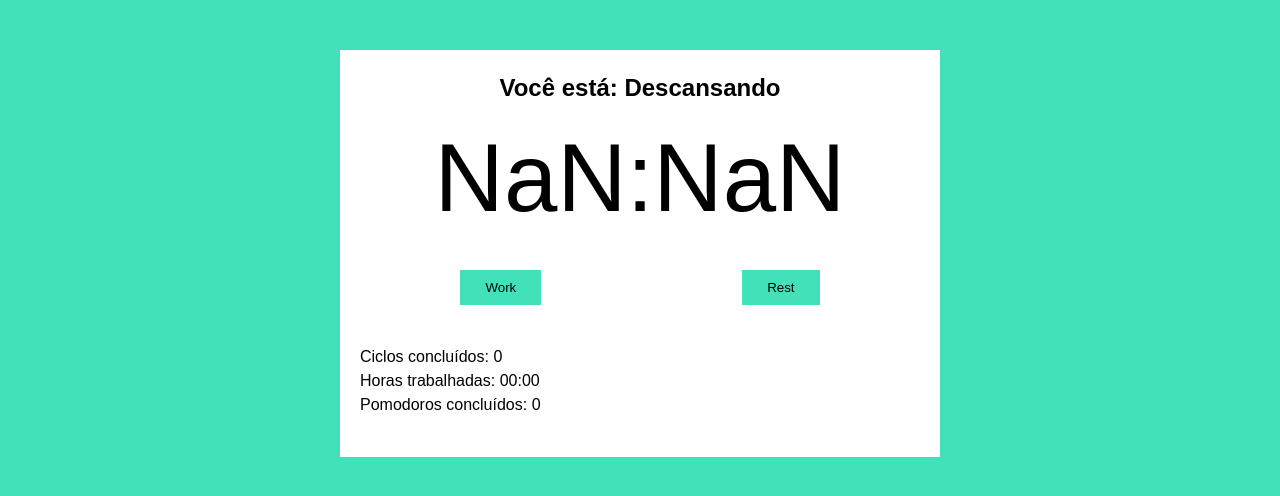
Repository: JuanPabloDS/Pomodoro
Page: / (app in pomodoro/)
The author's editor kept a copy of each file at every save. The page is drawn from the files as they stood at one save, then again after the next save.
The browser window is 1280 px wide. The pictures show the whole page.
The project was rebuilt for these pictures with package versions that can differ from the ones it lists, and the page was loaded fresh each time. Also part of the build but not shown: pomodoro/src/App.css. Imported but missing from the stored project, and not drawn on this page: pomodoro/src/sounds/bell-finish.mp3, pomodoro/src/sounds/bell-start.mp3.

Above is the page before, as saved 2024-01-25 16:31:32.

### pomodoro/src/App.tsx
import React from 'react';
import './App.css';
import { PomodoroTimer } from './components/pomodoro-timer';

function App() {
  return (
    <div className="container">
      <PomodoroTimer
        PomodoroTime={2}
        shortRestTime={2}
        longRestTime={3}
        cycles={4}
      />
    </div>
  );
}

export default App;

### pomodoro/src/components/pomodoro-timer.tsx
import React, { useEffect, useState, useCallback } from 'react';
import { useInterval } from '../hooks/use-interval';
import { Button } from './button';
import { Timer } from './timer';
import { secondsToTime } from '../utils/seconds-to-time';

// eslint-disable-next-line @typescript-eslint/no-var-requires
const bellStart = require('../sounds/bell-start.mp3');
// eslint-disable-next-line @typescript-eslint/no-var-requires
const bellFinish = require('../sounds/bell-finish.mp3');

const audioStartWorking = new Audio(bellStart);
const audioStopWorking = new Audio(bellFinish);

interface Props {
  pomodoroTime: number;
  shortRestTime: number;
  longRestTime: number;
  cycles: number;
}

export function PomodoroTimer(props: Props): JSX.Element {
  const [mainTime, setMainTime] = useState(props.pomodoroTime);
  const [timeCounting, setTimeCounting] = useState(false);
  const [working, setWorking] = useState(false);
  const [resting, setResting] = useState(false);
  const [cyclesQtdManager, setCyclesQtdManager] = useState(
    new Array(props.cycles - 1).fill(true),
  );

  const [completedCycles, setCompletedCycles] = useState(0);
  const [fullWorkingTime, setFullWorkingTime] = useState(0);
  const [numberOfPomodoros, setNumberOfPomodoros] = useState(0);

  useInterval(
    () => {
      setMainTime(mainTime - 1);
      if (working) setFullWorkingTime(fullWorkingTime + 1);
    },
    timeCounting ? 1000 : null,
  );

  const configureWork = useCallback(() => {
    setTimeCounting(true);
    setWorking(true);
    setResting(false);
    setMainTime(props.pomodoroTime);
    audioStartWorking.play();
  }, [
    setTimeCounting,
    setWorking,
    setResting,
    setMainTime,
    props.pomodoroTime,
  ]);

  const configureRest = useCallback(
    (long: boolean) => {
      setTimeCounting(true);
      setWorking(false);
      setResting(true);

      if (long) {
        setMainTime(props.longRestTime);
      } else {
        setMainTime(props.shortRestTime);
      }

      audioStopWorking.play();
    },
    [
      setTimeCounting,
      setWorking,
      setResting,
      setMainTime,
      props.longRestTime,
      props.shortRestTime,
    ],
  );

  useEffect(() => {
    if (working) document.body.classList.add('working');
    if (resting) document.body.classList.remove('working');

    if (mainTime > 0) return;

    if (working && cyclesQtdManager.length > 0) {
      configureRest(false);
      cyclesQtdManager.pop();
    } else if (working && cyclesQtdManager.length <= 0) {
      configureRest(true);
      setCyclesQtdManager(new Array(props.cycles - 1).fill(true));
      setCompletedCycles(completedCycles + 1);
    }

    if (working) setNumberOfPomodoros(numberOfPomodoros + 1);
    if (resting) configureWork();
  }, [
    working,
    resting,
    mainTime,
    cyclesQtdManager,
    numberOfPomodoros,
    completedCycles,
    configureRest,
    setCyclesQtdManager,
    configureWork,
    props.cycles,
  ]);

  return (
    <div className="pomodoro">
      <h2>Você está: {working ? 'Trabalhando' : 'Descansando'}</h2>
      <Timer mainTime={mainTime} />

      <div className="controls">
        <Button text="Work" onClick={() => configureWork()}></Button>
        <Button text="Rest" onClick={() => configureRest(false)}></Button>
        <Button
          className={!working && !resting ? 'hidden' : ''}
          text={timeCounting ? 'Pause' : 'Play'}
          onClick={() => setTimeCounting(!timeCounting)}
        ></Button>
      </div>

      <div className="details">
        <p>Ciclos concluídos: {completedCycles}</p>
        <p>Horas trabalhadas: {secondsToTime(fullWorkingTime)}</p>
        <p>Pomodoros concluídos: {numberOfPomodoros}</p>
      </div>
    </div>
  );
}

### pomodoro/src/hooks/use-interval.tsx
import { useEffect, useRef } from 'react';

export function useInterval<C extends CallableFunction>(
  callback: C,
  delay: number | null,
): void {
  const savedCallback = useRef<C>();

  // Remember the latest callback.
  useEffect(() => {
    savedCallback.current = callback;
  }, [callback]);

  // Set up the interval.
  useEffect(() => {
    function tick() {
      if (savedCallback.current) savedCallback.current();
    }
    if (delay !== null) {
      const id = setInterval(tick, delay);
      return () => clearInterval(id);
    }
  }, [delay]);
}

### pomodoro/src/components/button.tsx
import React from 'react';

interface Props {
  text: string;
  onClick?: () => void;
  className?: string;
}

export function Button(props: Props): JSX.Element {
  return (
    <button onClick={props.onClick} className={props.className}>
      {props.text}
    </button>
  );
}

### pomodoro/src/components/timer.tsx
import React from 'react';
import { secondsToTime } from '../utils/seconds-to-time';

interface Props {
  mainTime: number;
}

export function Timer(props: Props): JSX.Element {
  return <div className="timer">{secondsToTime(props.mainTime)}</div>;
}

### pomodoro/src/utils/seconds-to-time.ts
export function secondsToTime(seconds: number): string {
  const zeroLeft = (n: number) => Math.floor(n).toString().padStart(2, '0');
  const min = zeroLeft((seconds / 60) % 60);
  const sec = zeroLeft((seconds % 60) % 60);
  return `${min}:${sec}`;
}

Loaded but not shown: pomodoro/public/index.html (common file); pomodoro/src/index.tsx (common file); pomodoro/src/index.css (common file)

After the next save:
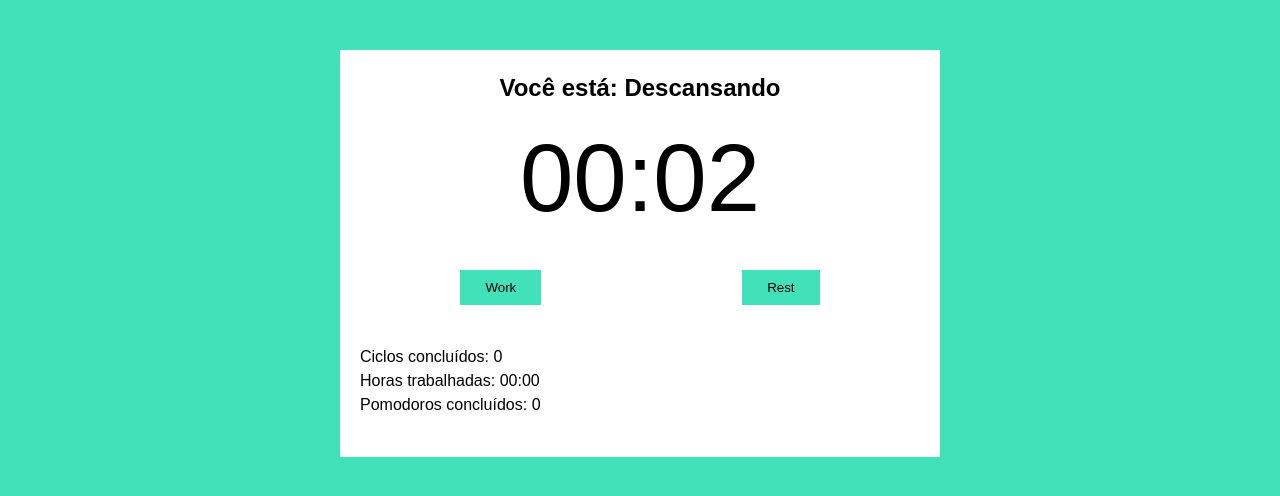
Saved 45 s later.
--- a/pomodoro/src/App.tsx
+++ b/pomodoro/src/App.tsx
@@ -6,7 +6,7 @@ function App() {
   return (
     <div className="container">
       <PomodoroTimer
-        PomodoroTime={2}
+        pomodoroTime={2}
         shortRestTime={2}
         longRestTime={3}
         cycles={4}
